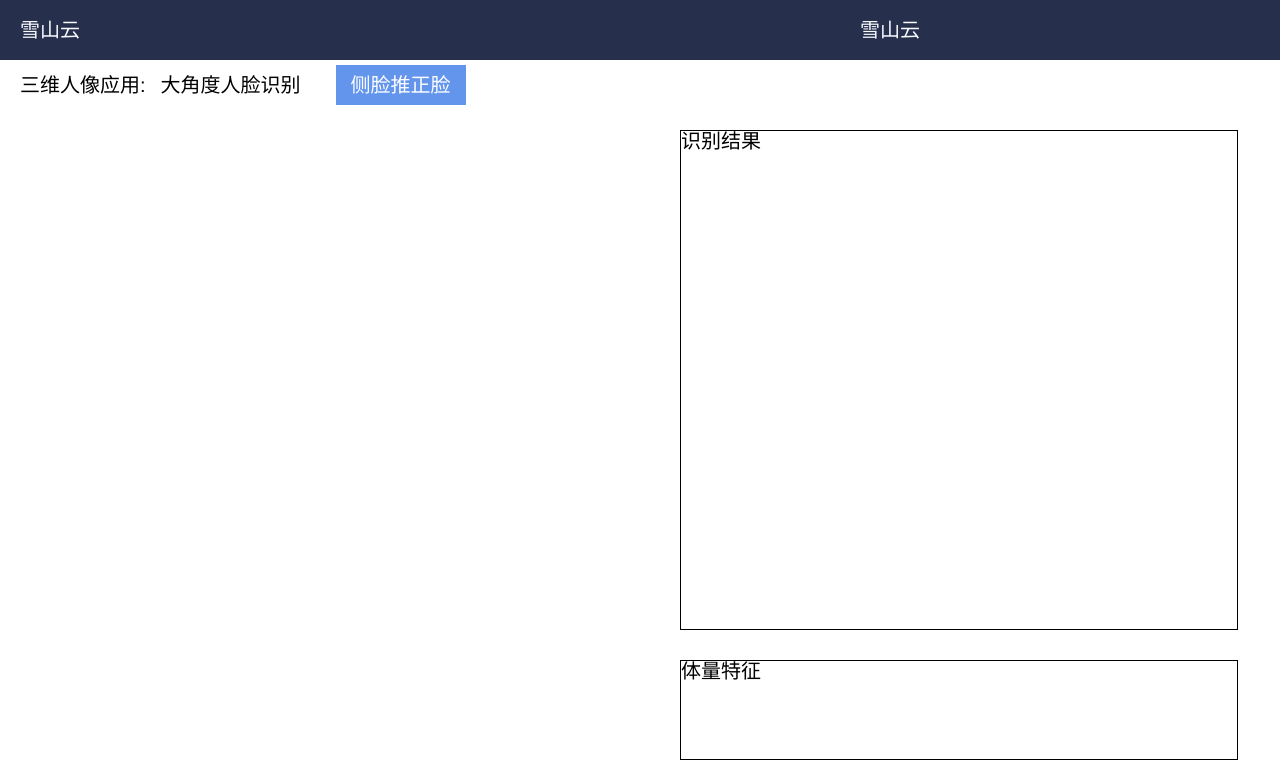
Repository: fyt2020/pubilcDemlo
Page: /#/face
The author's editor kept a copy of each file at every save. The page is drawn from the files as they stood at one save, then again after the next save.
The browser window is 1280 px wide. The pictures show the whole page.
The project was rebuilt for these pictures with package versions that can differ from the ones it lists, and the page was loaded fresh each time.

Above is the page before, as saved 2020-04-28 10:21:04.

After the next save:
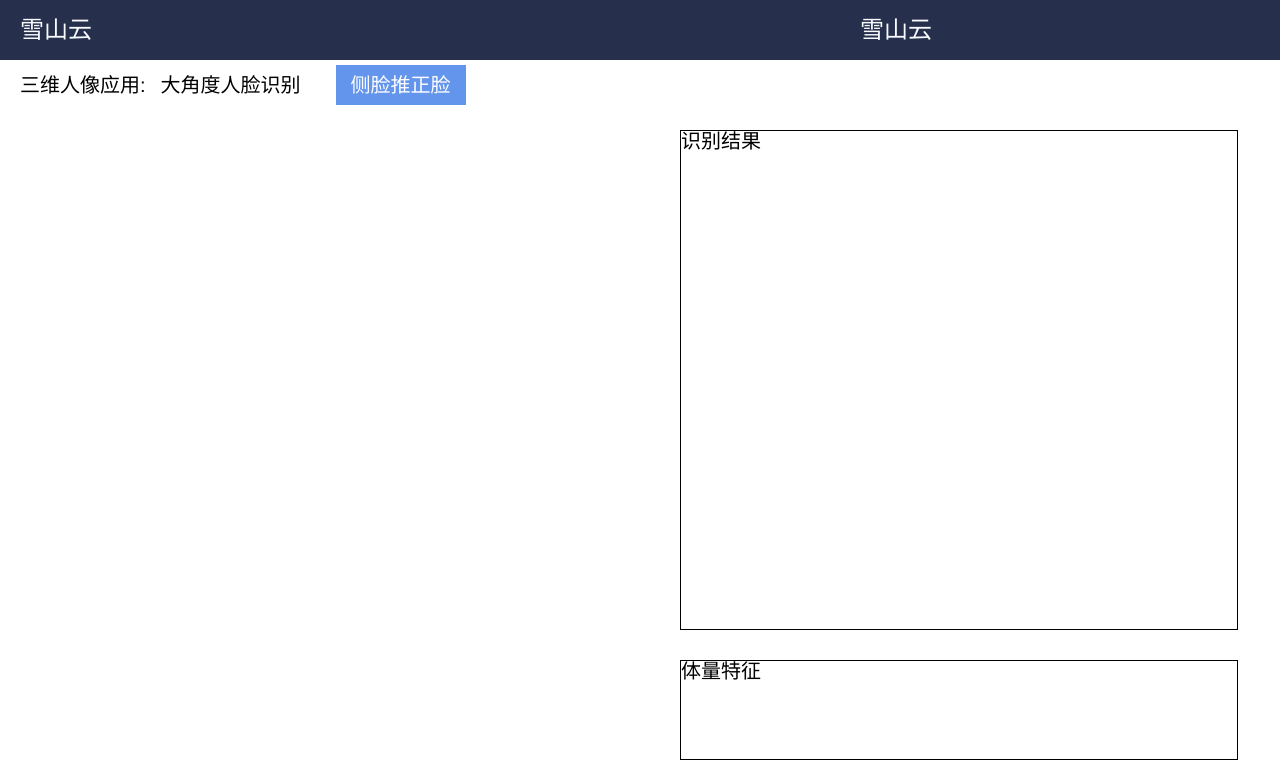
Saved 4 s later.
--- a/src/assets/css/home.scss
+++ b/src/assets/css/home.scss
@@ -12,6 +12,7 @@
         color:  #f8faff;;
         justify-content: space-between;
         padding: 0 20px;
+        font-size: 24px;
         .header__left{
             height: 100%;
             width: 400px;
